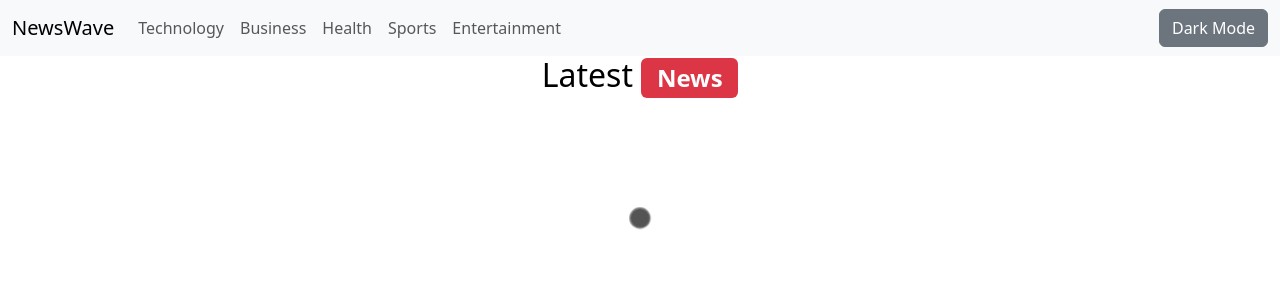
Repository: PranjalTripathi2003/news-wave
Page: /
The author's editor kept a copy of each file at every save. The page is drawn from the files as they stood at one save, then again after the next save.
The browser window is 1280 px wide. The pictures show the whole page.
The page's requests for data from a server got no answer. The project was rebuilt for these pictures with package versions that can differ from the ones it lists, and the page was loaded fresh each time. No one was signed in, and anything a server would have sent is missing. Also part of the build but not shown: vite.config.js, src/styles/NewsItem.css, src/components/NewsItem.jsx.

Above is the page before, as saved 2024-07-26 20:22:57.

After the next save:
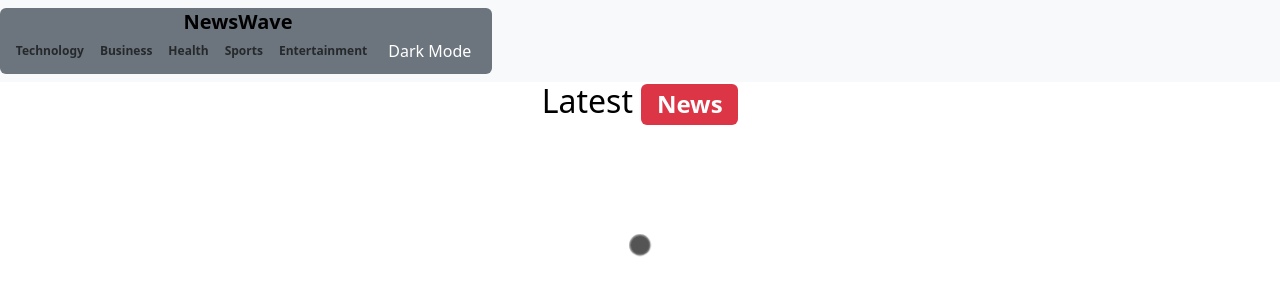
Saved 4 s later.
--- a/src/components/Navbar.jsx
+++ b/src/components/Navbar.jsx
@@ -8,7 +8,7 @@ const Navbar = ({ setCategory, toggleDarkMode, darkMode }) => {
         darkMode ? "navbar-dark bg-dark" : "navbar-light bg-light"
       }`}
     >
-      <div className="container-fluid">
+      <div className="badge text-bg-secondary">
         <a className="navbar-brand" onClick={() => setCategory("general")}>
           NewsWave
         </a>
